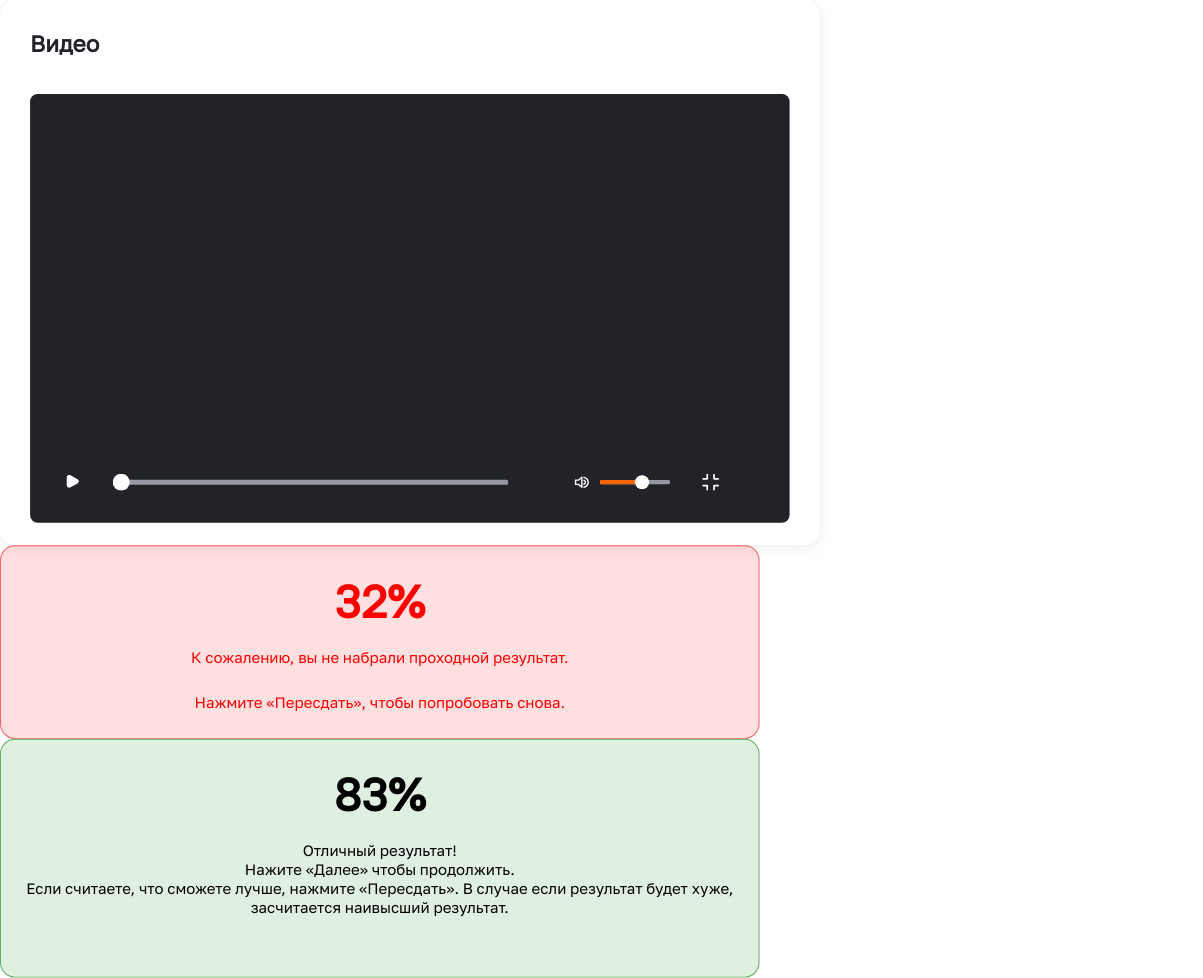
Repository: RuslanSR2424/Group5_LizaAlert
Page: index.html
An editor plug-in stored every save of this project. The page is shown before and after the next save, followed by the edit.
The browser window is 1280 px wide. The pictures show the whole page, at 94% of full size.

Above is the page before, as saved 2022-03-09 18:09:55.

### index.html
<!DOCTYPE html>
<html lang="en">

<head>
    <meta charset="UTF-8">
    <meta http-equiv="X-UA-Compatible" content="IE=edge">
    <meta name="viewport" content="width=device-width, initial-scale=1.0">
    <link rel="stylesheet" href="./pages/index.css" />
    <title>Document</title>
</head>

<body class="root">
    <section class="video">
        <h2 class="video__title">
            Видео
        </h2>
        <div class="video__player">
            <img class="video__button video__button_type_play" src="./images/video/start.svg">
            <img class="video__button video__button_type_timeline" src="./images/video/timeline.svg">
            <img class="video__button video__button_type_sound-icon" src="./images/video/sound-icon.svg">
            <img class="video__button video__button_type_sound" src="./images/video/sound.svg">
            <img class="video__button video__button_type_size" src="./images/video/size.svg">
        </div>
    </section>
    <section class="results">
        <div class="results__bad">
            <h2 class="results__score results__score_type_bad">32%</h2>
            <p class="result__text result__text_type_bad">К сожалению, вы не набрали проходной результат.</p>
            <p class="result__text result__text_type_bad">Нажмите «Пересдать», чтобы попробовать снова.</p>
        </div>
        <div class="results__good">
            <h2 class="results__score results__score_type_good">83%</h2>
            <div class="result__text">
                <p class="result__text result__text_type_good">Отличный результат!</p>
                <p class="result__text result__text_type_good">Нажите «Далее» чтобы продолжить.</p>
                <p class="result__text result__text_type_good">
                    Если считаете, что сможете лучше, нажмите «Пересдать». В случае
                    если результат будет хуже, засчитается наивысший результат.</p>
            </div>
        </div>
    </section>
</body>

</html>

### pages/index.css
@import url(../fonts/fonts.css);
@import url(../blocks/root/root.css);

/* video */

@import url(../blocks/video/video.css);
@import url(../blocks/video/__button/video__button.css);
@import url(../blocks/video/__button/_type/video__button_type_play.css);
@import url(../blocks/video/__button/_type/video__button_type_sound.css);
@import url(../blocks/video/__button/_type/video__button_type_timeline.css);
@import url(../blocks/video/__button/_type/video__button_type_size.css);
@import url(../blocks/video/__button/_type/video__button_type_sound-icon.css);
@import url(../blocks/video/__player/video__player.css);
@import url(../blocks/video/__title/video__title.css);

/* results */

@import url(../blocks/results/results.css);
@import url(../blocks/results/__bad/results__bad.css);
@import url(../blocks/results/__good/results__good.css);
@import url(../blocks/results/__score/results__score.css);
@import url(../blocks/results/__score/_type/results__score_type_bad.css);
@import url(../blocks/results/__score/_type/results__score_type_good.css);
@import url(../blocks/results/__text/results__text.css);
@import url(../blocks/results/__text/_type/result__text_type_bad.css);
@import url(../blocks/results/__text/_type/result__text_type_good.css);

### fonts/fonts.css
@font-face {
  font-family: "GolosTextWebRegular";
  src: url(./golos/Golos-Text_Regular.woff2) format("woff2"),
    url(./golos/Golos-Text_Regular.woff) format("woff");
  font-weight: normal;
  font-style: normal;
}
@font-face {
  font-family: "GolosTextWebBold";
  src: url(./golos/Golos-Text_Bold.woff2) format("woff2"),
    url(./golos/Golos-Text_Bold.woff) format("woff");
  font-weight: normal;
  font-style: normal;
}

### blocks/root/root.css
.root {
  margin: 0;
  padding: 0;
  font-family: "GolosTextWebRegular";
}

### blocks/video/video.css
.video {
  height: 580px;
  width: 872px;
  display: flex;
  flex-direction: column;
  background: #ffffff;
  box-shadow: 0px 0px 4px rgba(231, 232, 235, 0.6),
    0px 4px 16px rgba(231, 232, 235, 0.6);
  border-radius: 16px;
}

### blocks/video/__button/video__button.css
.video__button{
    height: 18px;
}

### blocks/video/__button/_type/video__button_type_play.css
.video__button_type_play {
    margin: 0 0 35px 36px;
}

### blocks/video/__button/_type/video__button_type_sound.css
.video__button_type_sound{
    margin: 0 0 34px 10px;
}

### blocks/video/__button/_type/video__button_type_timeline.css
.video__button_type_timeline{
    margin: 0 35px 34px 34px;
}

### blocks/video/__button/_type/video__button_type_size.css
.video__button_type_size{
    margin: 0 34px 34px 34px;
}

### blocks/video/__button/_type/video__button_type_sound-icon.css
.video__button_type_sound-icon{
    margin: 0 0 34px 34px;
}

### blocks/video/__player/video__player.css
.video__player {
  height: 456px;
  width: 808px;
  background-color: #212329;
  display: flex;
  flex-direction: row;
  align-items: flex-end;
  border-radius: 8px;
  margin: auto;
}

### blocks/video/__title/video__title.css
.video__title {
  font-family: "GolosTextWebRegular";
  font-style: normal;
  font-weight: 700;
  font-size: 24px;
  line-height: 28px;
  color: #212329;
  margin: 32px 32px 16px 32px;
}

### blocks/results/results.css
.results{}

### blocks/results/__bad/results__bad.css
.results__bad {
  display: flex;
  flex-direction: column;
  align-items: center;

  width: 808px;
  height: 206px;

  background: rgba(255, 0, 0, 0.12);
  border: 1.2px solid rgba(255, 0, 0, 0.6);
  box-sizing: border-box;
  border-radius: 16px;
}

### blocks/results/__good/results__good.css
.results__good {
  width: 808px;
  height: 254px;
  left: 32px;
  top: 501px;
  background: rgba(0, 128, 0, 0.12);
  border: 1.2px solid rgba(0, 128, 0, 0.6);
  box-sizing: border-box;
  border-radius: 16px;
}

### blocks/results/__score/results__score.css
.results__score {
  font-family: "GolosTextWebRegular";
  font-style: normal;
  font-weight: bold;
  font-size: 48px;
  line-height: 52px;
  text-align: center;
  margin: 32px 64px 24px 64px;
}

### blocks/results/__score/_type/results__score_type_bad.css
.results__score_type_bad {
  color: #ff0000;
}

### blocks/results/__score/_type/results__score_type_good.css
.results__score_type_good{}

### blocks/results/__text/results__text.css
.results__text {
  font-family: "GolosTextWebRegular";
  font-style: normal;
  font-weight: normal;
  font-size: 18px;
  line-height: 24px;
  text-align: center;
}

### blocks/results/__text/_type/result__text_type_bad.css
.result__text_type_bad {
  color: #ff0000;
  width: 680px;
  text-align: center;
  margin: 0 0 28px 0;
}

### blocks/results/__text/_type/result__text_type_good.css
.result__text_type_good {
  text-align: center;
  margin: 0;
}

After the next save:
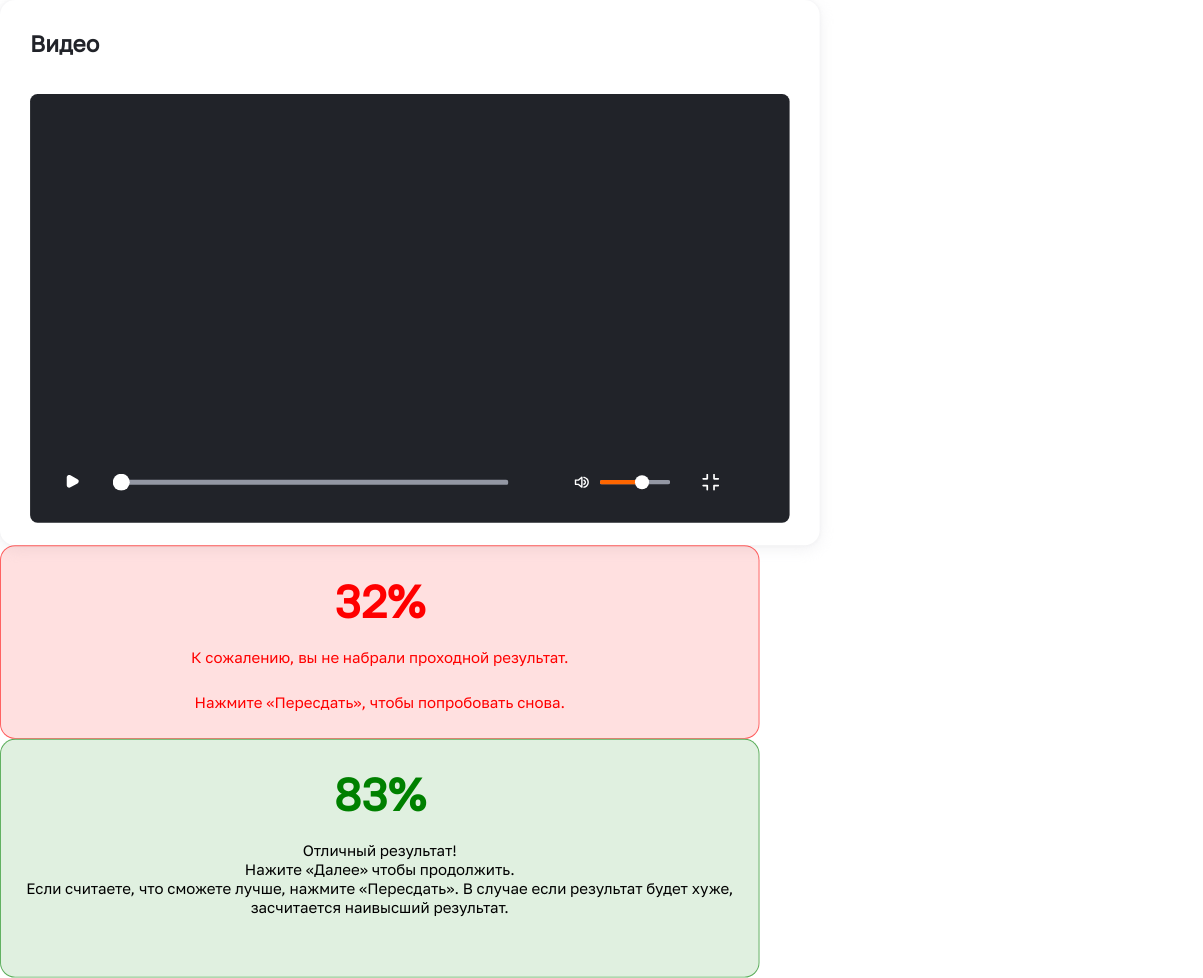
Saved 21 s later.
--- a/blocks/results/__score/_type/results__score_type_good.css
+++ b/blocks/results/__score/_type/results__score_type_good.css
@@ -1 +1,3 @@
-.results__score_type_good{}
+.results__score_type_good {
+  color: #008000;
+}
